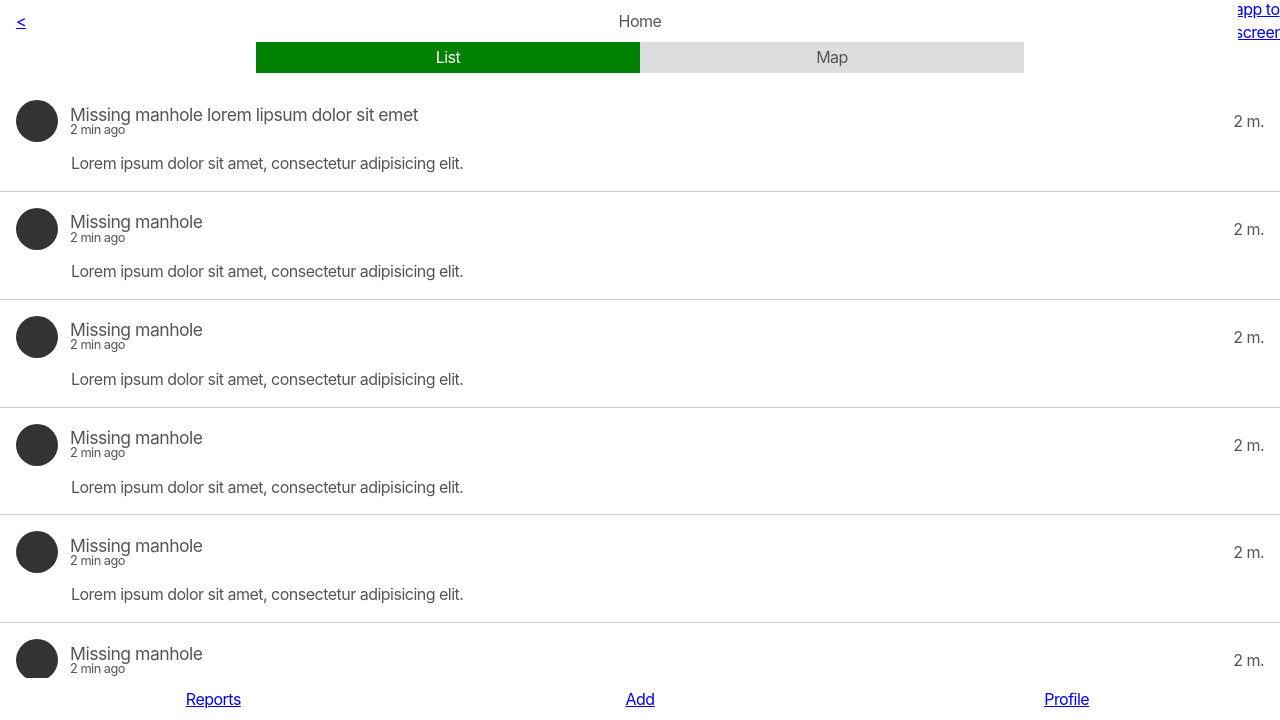
Repository: aleksandrenko/html-css-playground
Page: reports.html
These files come from the project's save history. The page is drawn as it stood at one moment and after a run of saves; the edit follows.
The browser window is 1280 px wide. The pictures show the whole page.

Above is the page before, as saved 2018-01-19 17:49:09.

After the next 3 saves:
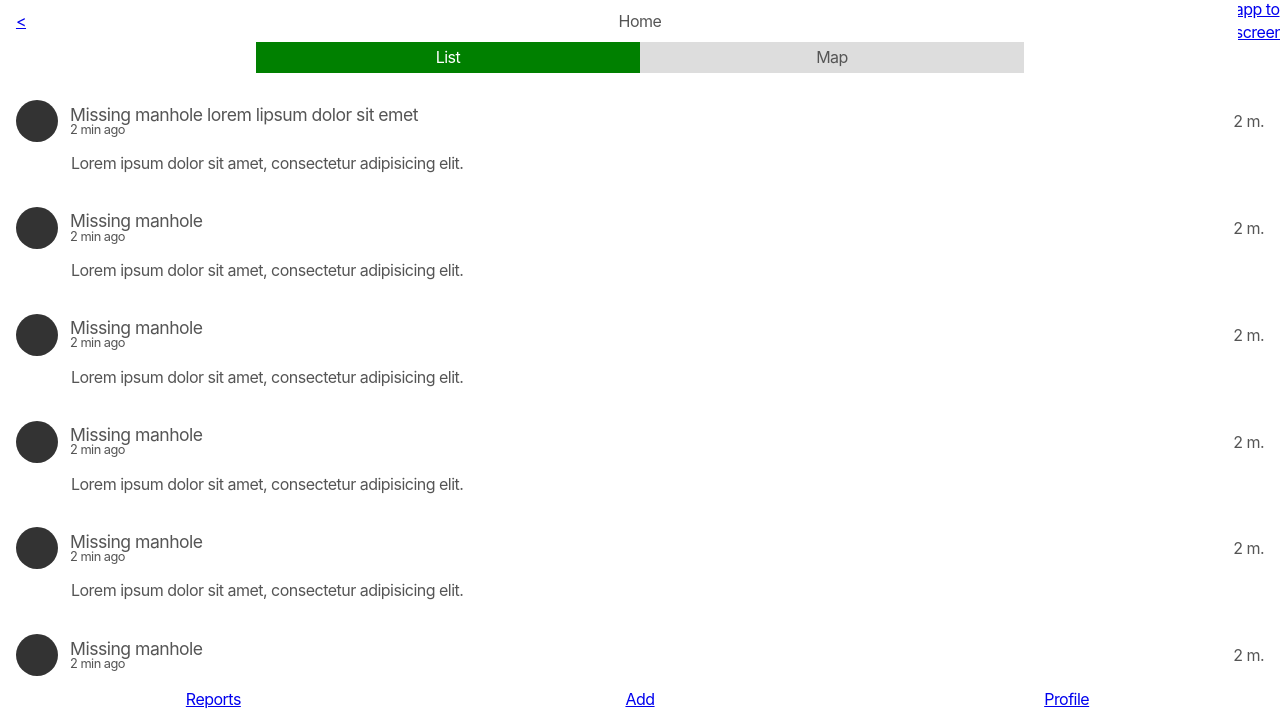
The 3 saves are shown as one change because they came seconds apart.
The last was saved 17 s later.
--- a/css/pages/reports.css
+++ b/css/pages/reports.css
@@ -9,6 +9,7 @@
   padding: 1rem;
   position: relative;
   border-bottom: solid 1px rgba(0,0,0,0.2)
+  overflow-y: auto;
 }
 
 reports report picture {

After the save that followed:
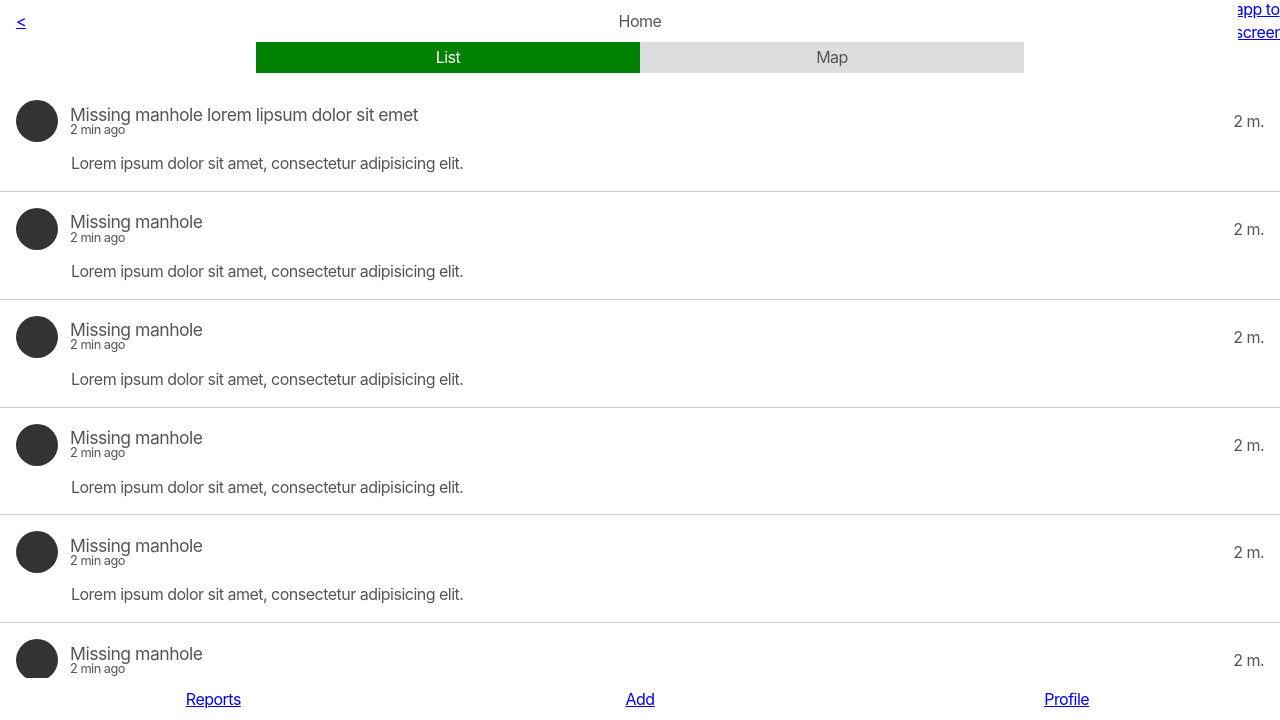
Saved 11 s later.
--- a/css/pages/reports.css
+++ b/css/pages/reports.css
@@ -8,7 +8,7 @@
   flex-direction: column;
   padding: 1rem;
   position: relative;
-  border-bottom: solid 1px rgba(0,0,0,0.2)
+  border-bottom: solid 1px rgba(0,0,0,0.2);
   overflow-y: auto;
 }
 
